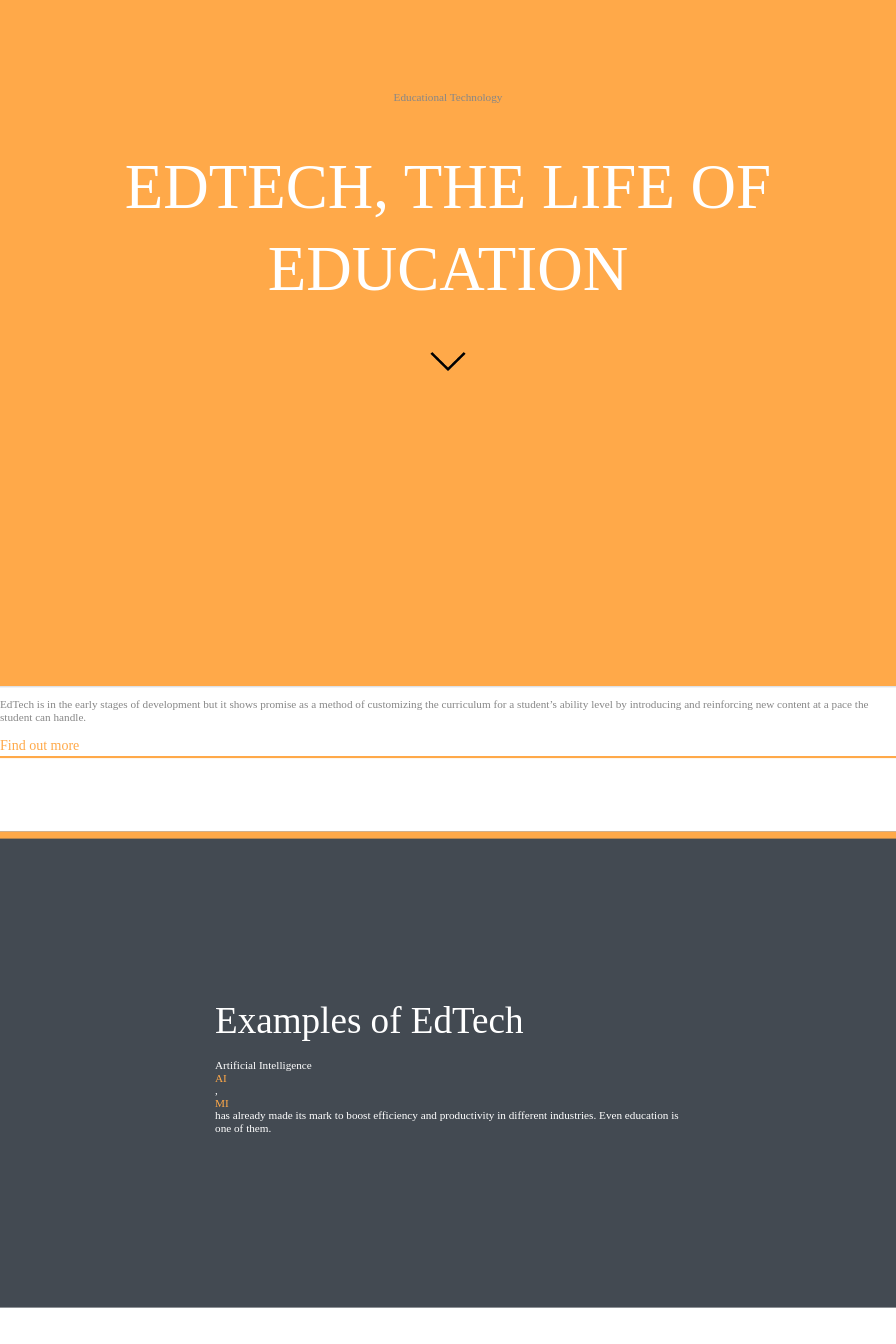
Repository: tunmishyi/edtech
Page: index.html
An editor plug-in stored every save of this project. The page is shown before and after the next save, followed by the edit.
The browser window is 1280 px wide. The pictures show the part of the page from y = 0 to 1920 px (the page is 2637 px tall before and 2677 px after), at 70% of full size.

Above is the page before, as saved 2020-06-12 01:59:05.

After the next save:
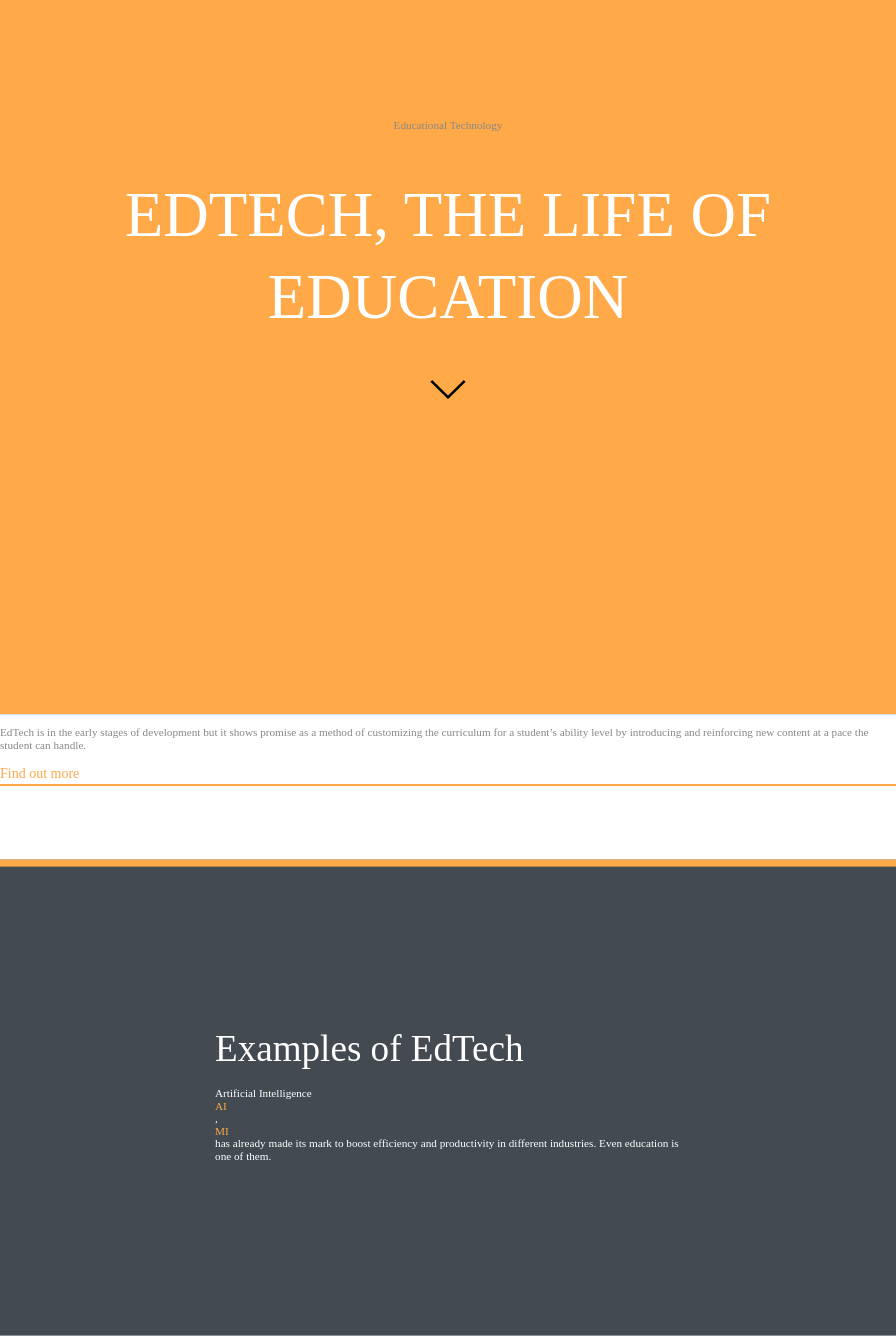
Saved 18 s later.
--- a/style.css
+++ b/style.css
@@ -58,7 +58,7 @@ h1 {
 
     .main-header {
         background-color: #ffa949;
-        padding-top: 130px;
+        padding-top: 170px;
         height: 850px;
        }
 
